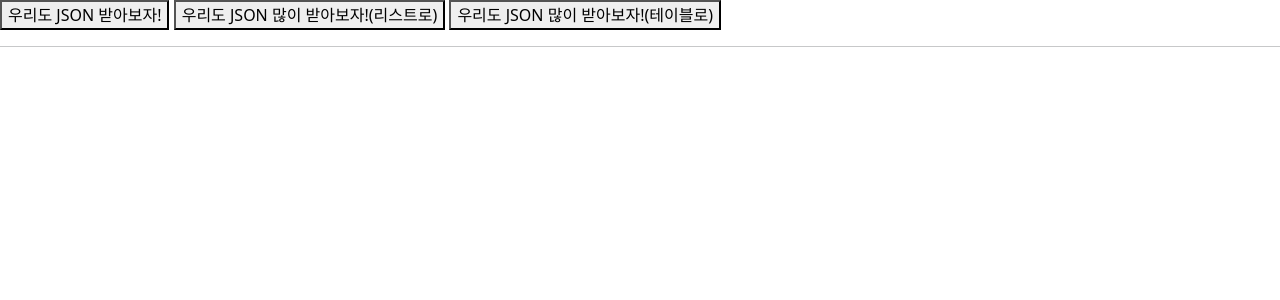
Repository: JayMon0327/Multicampus
Page: http://localhost/spring03/rest_book_db.jsp
An editor plug-in stored every save of this project. The page is shown before and after the next save, followed by the edit.
The browser window is 1280 px wide. The pictures show the whole page.
The page is served by Tomcat 9. Nobody is signed in. The application's start-up code is not run. Other server files are loaded and not shown.

Above is the page before, as saved 2022-12-09 06:19:57.

### spring03/src/main/webapp/rest_book_db.jsp
<%@ page language="java" contentType="text/html; charset=UTF-8"
    pageEncoding="UTF-8"%>
<!DOCTYPE html>
<html>
<head>
<meta charset="UTF-8">
<title>Insert title here</title>
<script src="https://code.jquery.com/jquery-3.6.0.js"></script>
<link
	href="https://cdn.jsdelivr.net/npm/bootstrap@5.2.3/dist/css/bootstrap.min.css"
	rel="stylesheet">
<link rel="stylesheet" href="resources/css/out.css">
<script
	src="https://cdn.jsdelivr.net/npm/bootstrap@5.2.3/dist/js/bootstrap.bundle.min.js"></script>
<script type="text/javascript">
	$(function() {
		$('#b3').click(function() {
			$.ajax({
				url : "jsonResponse2",
				dataType : "json",
				success : function(array) {
					//alert(array)
					//alert(array[0].id)
					$('#d2').empty()
					$('#d1').empty()
					$('#d2').append("<table border='1' class='table table-striped table-hover'><tr><td>아이디</td><td>북마크이름</td><td>url</td><td>img</td></tr>")
					for(i = 0; i < 5; i++){
						console.log(array[i].id + " "+ array[i].img)
						$('#d2').append(
								"<tr  class='table table-striped table-hover''>" +
								"<td>" + array[i].id +
								"</td><td>" + array[i].name +
								"</td><td><a href=" + array[i].url + ">GO URL</a>" +
								"</td><td>img: <img src=" + array[i].img + " width=100 height=100>" +
								"</td></tr>"
						)//d2
					}//for
					$("#d2").append("</table>")
				} //success
			})//ajax
		}) //b3
	}) //$
</script>
</head>
<body>
<button id="b1">우리도 JSON 받아보자!</button>
<button id="b2">우리도 JSON 많이 받아보자!(리스트로)</button>
<button id="b3">우리도 JSON 많이 받아보자!(테이블로)</button>
<hr>
<div id="d2"></div>
<div id="d1"></div>
</body>
</html>

### spring03/src/main/webapp/resources/css/out.css
@charset "UTF-8";
td{
	width: 100px;
}

After the next save:
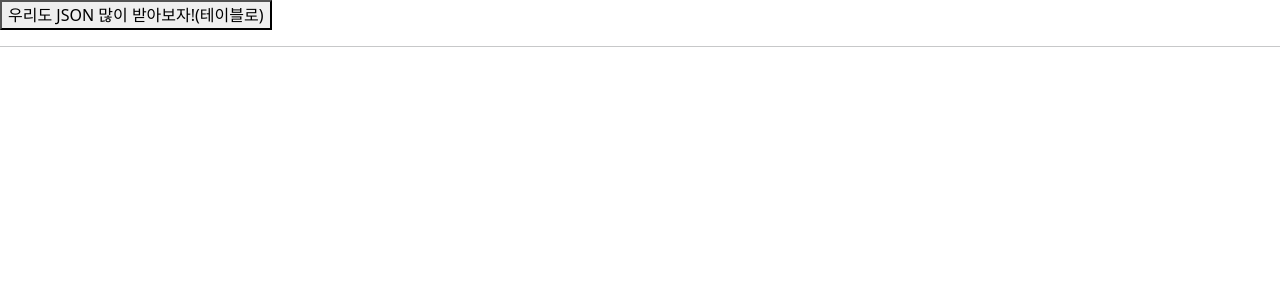
Saved 12 s later.
--- a/spring03/src/main/webapp/rest_book_db.jsp
+++ b/spring03/src/main/webapp/rest_book_db.jsp
@@ -43,11 +43,8 @@
 </script>
 </head>
 <body>
-<button id="b1">우리도 JSON 받아보자!</button>
-<button id="b2">우리도 JSON 많이 받아보자!(리스트로)</button>
 <button id="b3">우리도 JSON 많이 받아보자!(테이블로)</button>
 <hr>
 <div id="d2"></div>
-<div id="d1"></div>
 </body>
 </html>
